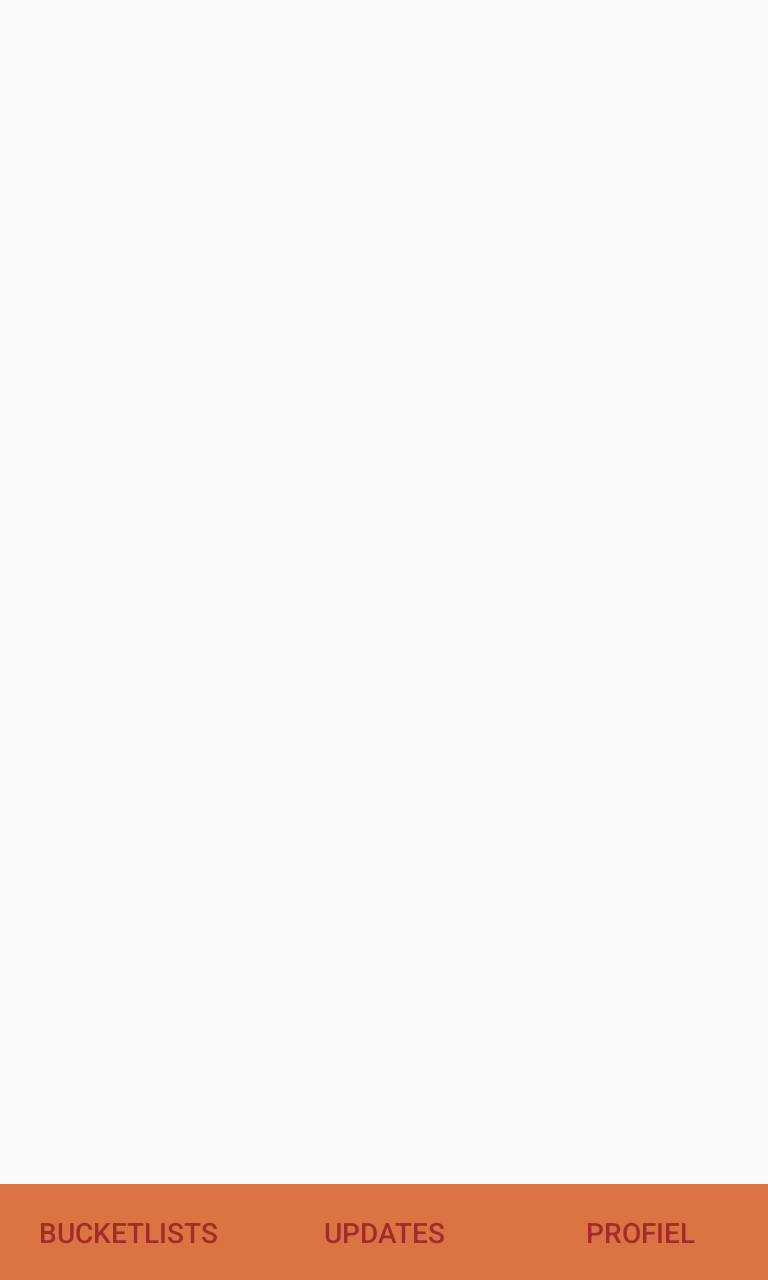
Repository: MarcSelles/BeatYourBucketAndroid
Layout: The_app/BeatYourBucket/res/layout/activity_primairy_buttons.xml
These files come from the project's save history. The layout is drawn as it stood at one moment and after the next save; the edit follows.
It is drawn on a 768 x 1280 px phone screen (xhdpi) without system bars, with theme AppTheme; the app's code is not run.

Above is the layout before, as saved 2015-01-27 10:54:55.

### The_app/BeatYourBucket/res/layout/activity_primairy_buttons.xml
<?xml version="1.0" encoding="utf-8"?>
<RelativeLayout xmlns:android="http://schemas.android.com/apk/res/android"
    android:id="@android:id/content"
    android:layout_width="fill_parent"
    android:layout_height="fill_parent" >

    <LinearLayout
        android:id="@android:id/tabcontent"
        android:layout_width="match_parent"
        android:layout_height="wrap_content"
        android:layout_above="@+id/tab_under"
        android:layout_alignParentTop="true"
        android:orientation="vertical" >
    </LinearLayout>

    <LinearLayout
        android:id="@+id/tab_under"
        android:layout_width="fill_parent"
        android:layout_height="wrap_content"
        android:layout_alignParentBottom="true"
        android:layout_gravity="bottom"
        android:gravity="center|bottom"
        android:orientation="horizontal" >

        <Button
            android:id="@+id/bucketlists"
            style="?android:attr/buttonBarButtonStyle"
            android:layout_width="0dp"
            android:layout_weight="0.33"
            android:layout_height="wrap_content"
            android:layout_gravity="center_horizontal|center"
            android:onClick="makeTabs"
            android:text="Bucketlists"
            android:background="#DB7343"
            android:textColor="#A52A2A" />

        <Button
            android:id="@+id/newsfeed"
            style="?android:attr/buttonBarButtonStyle"
            android:layout_width="0dp"
            android:layout_weight="0.33"
            android:layout_height="wrap_content"
            android:layout_gravity="center_horizontal|center"
            android:onClick="makeTabs"
            android:text="Updates"
            android:background="#DB7343"
            android:textColor="#A52A2A" />

        <Button
            android:id="@+id/profile"
            style="?android:attr/buttonBarButtonStyle"
            android:layout_width="0dp"
            android:layout_weight="0.33"
            android:layout_height="wrap_content"
            android:layout_gravity="center_horizontal|center"
            android:onClick="makeTabs"
            android:text="Profiel"
            android:background="#DB7343"
            android:textColor="#A52A2A" />
    </LinearLayout>

</RelativeLayout>

Loaded but not shown: The_app/BeatYourBucket/res/values/styles.xml (common file); The_app/BeatYourBucket/res/values-v11/styles.xml (common file); The_app/BeatYourBucket/res/values-v14/styles.xml (common file)

After the next save:
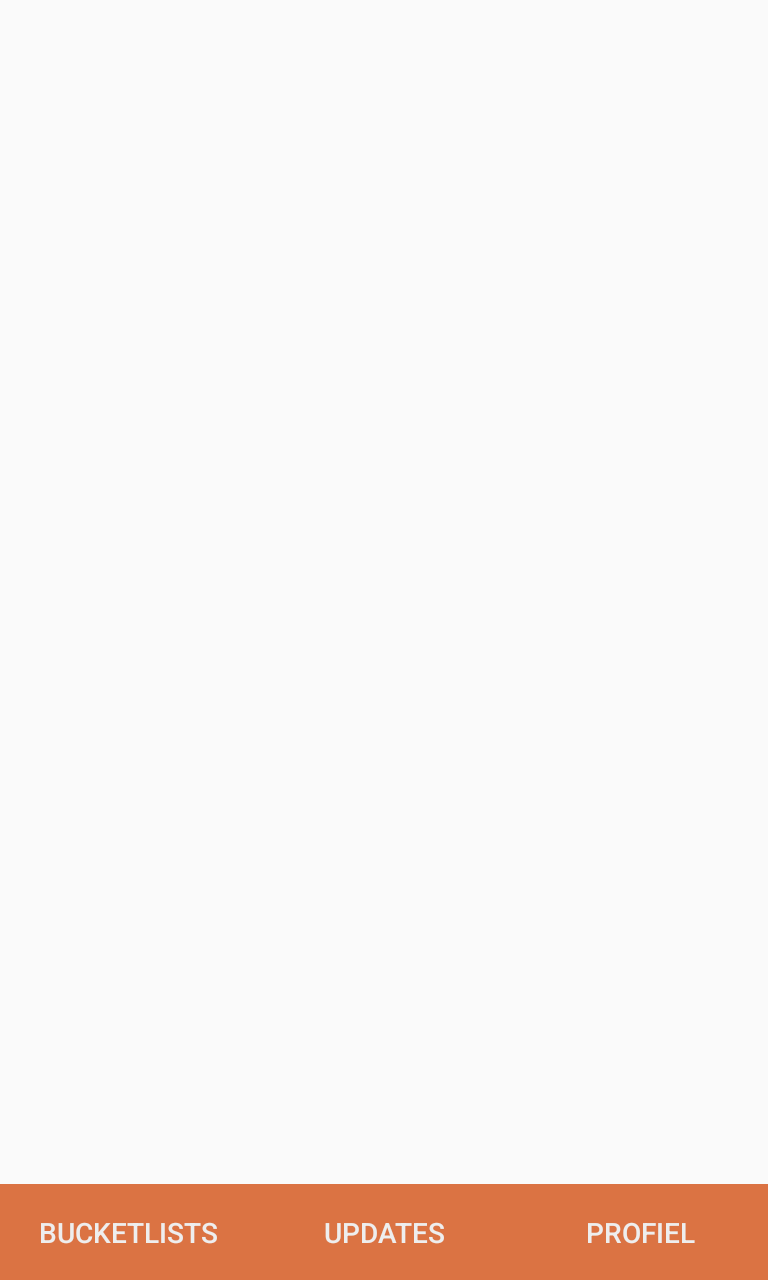
Saved 12 s later.
--- a/The_app/BeatYourBucket/res/layout/activity_primairy_buttons.xml
+++ b/The_app/BeatYourBucket/res/layout/activity_primairy_buttons.xml
@@ -32,7 +32,7 @@
             android:onClick="makeTabs"
             android:text="Bucketlists"
             android:background="#DB7343"
-            android:textColor="#A52A2A" />
+            android:textColor="#EEEEEE" />
 
         <Button
             android:id="@+id/newsfeed"
@@ -44,7 +44,7 @@
             android:onClick="makeTabs"
             android:text="Updates"
             android:background="#DB7343"
-            android:textColor="#A52A2A" />
+            android:textColor="#EEEEEE" />
 
         <Button
             android:id="@+id/profile"
@@ -56,7 +56,7 @@
             android:onClick="makeTabs"
             android:text="Profiel"
             android:background="#DB7343"
-            android:textColor="#A52A2A" />
+            android:textColor="#EEEEEE" />
     </LinearLayout>
 
 </RelativeLayout>
